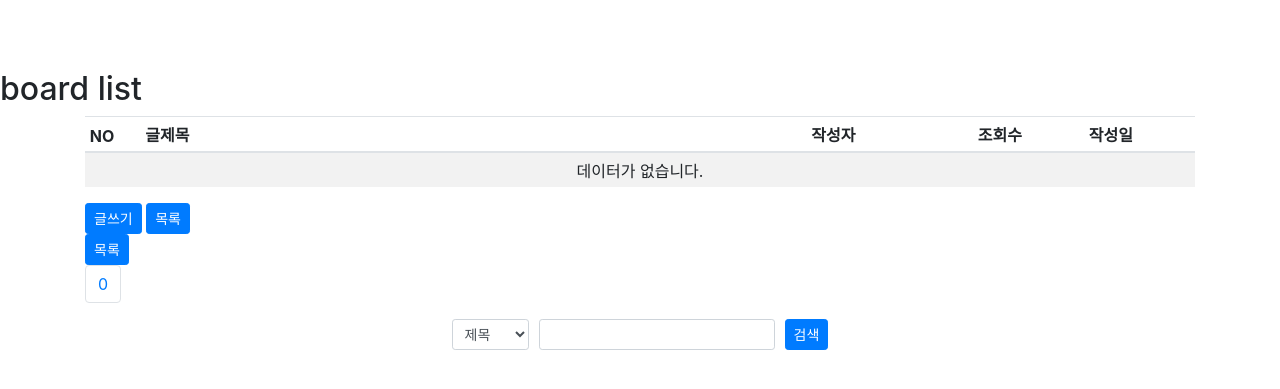
Repository: ysl4215/yslboard
Page: http://localhost/ysl/WEB-INF/views/board/index.jsp
The author's editor kept a copy of each file at every save. The page is drawn from the files as they stood at one save, then again after the next save.
The browser window is 1280 px wide. The pictures show the whole page.
Some web libraries are served in a nearby version. The page is served by Tomcat 9. Nobody is signed in. The template is opened directly, without the code that normally fills it, so the values that code supplies are empty.

Above is the page before, as saved 2021-12-13 06:14:40.

After the next save:
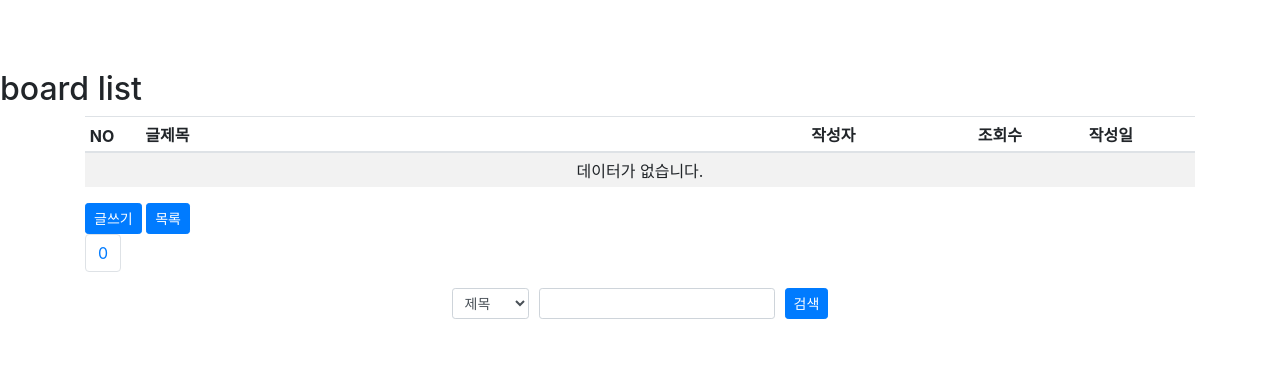
Saved 9 s later.
--- a/yslboard/ysl/ysl/src/main/webapp/WEB-INF/views/board/index.jsp
+++ b/yslboard/ysl/ysl/src/main/webapp/WEB-INF/views/board/index.jsp
@@ -171,10 +171,6 @@
 				<button type="button" class="btn btn-sm btn-primary"
 					id="btnWriteForm">목록</button>
 			</div>
-			<div>
-				<button type="button" class="btn btn-sm btn-primary"
-					id="btnWriteForm">목록</button>
-			</div>
 
 			<!-- pagination{s} -->
 			<div id="paginationBox">
